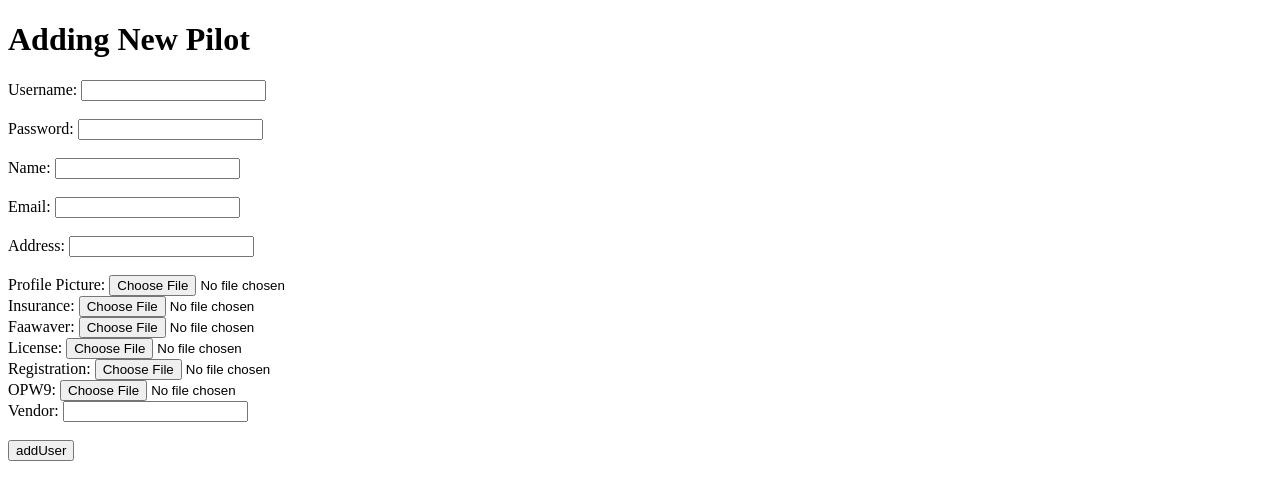
Repository: Parabug-Portal-Project/ParabugPortal
Page: http://localhost/create.php
The author's editor kept a record of every edit. The page is drawn from the files as they stood at one moment, then again after the next edit.
The browser window is 1280 px wide. The pictures show the whole page.
The page is run by PHP 8.4 with error messages shown; the project is at /var/www/html/.

Above is the page before.

After the next edit:
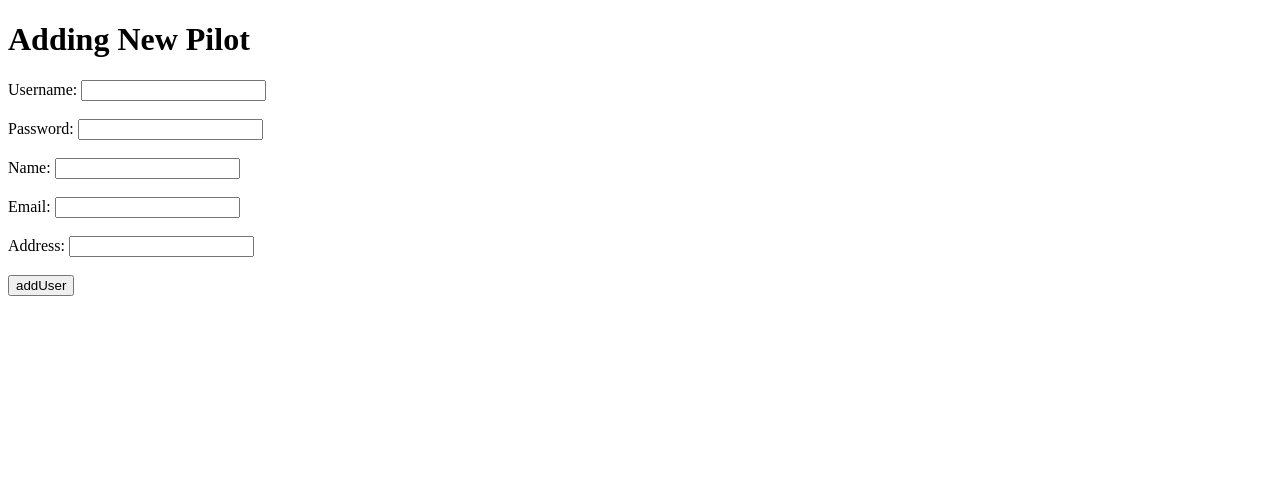
The edit:
--- a/create.php
+++ b/create.php
@@ -58,18 +58,6 @@
            Name: <input type="text" name="name"></br></br>
            Email: <input type="text" name="email"></br></br>
            Address: <input type="text" name="address"></br></br>
-           </form>
-        <form action="/action_page.php" accept="image/png, image/jpeg">
-            Profile Picture: <input type="file" name="pic" id="pic"><br>
-            Insurance: <input type="file" name="insurance" id="insurance"><br>
-            Faawaver: <input type="file" name="waver" id="waver"><br>
-            License: <input type="file" name="license" id="license"><br>
-            Registration: <input type="file" name="registration" id="registration"><br>
-            OPW9: <input type="file" name="w9" id="w9"><br>
-
-        </form>
-        <form>
-           Vendor: <input type="text" name="vendor"></br></br>
         <form>
            <input type="submit" name="addUser" value="addUser">
         </form>
